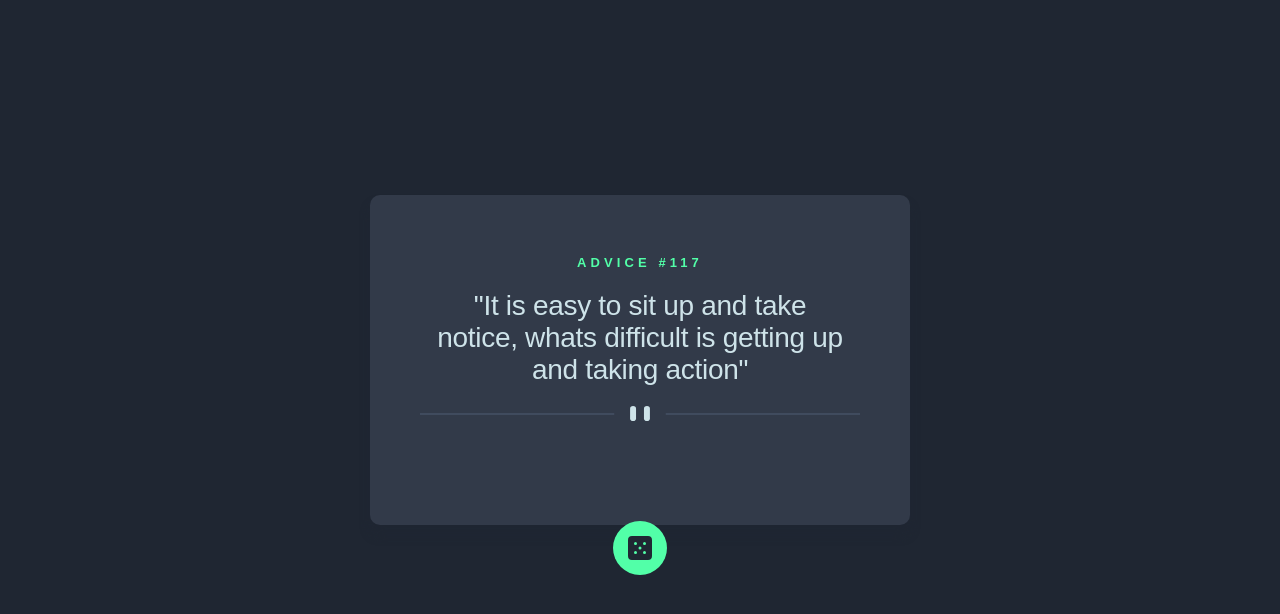
Repository: Arkitecth/advice-generator
Page: index.html
The author's editor kept a copy of each file at every save. The page is drawn from the files as they stood at one save, then again after the next save.
The browser window is 1280 px wide. The pictures show the whole page.

Above is the page before, as saved 2023-07-12 18:27:45.

After the next save:
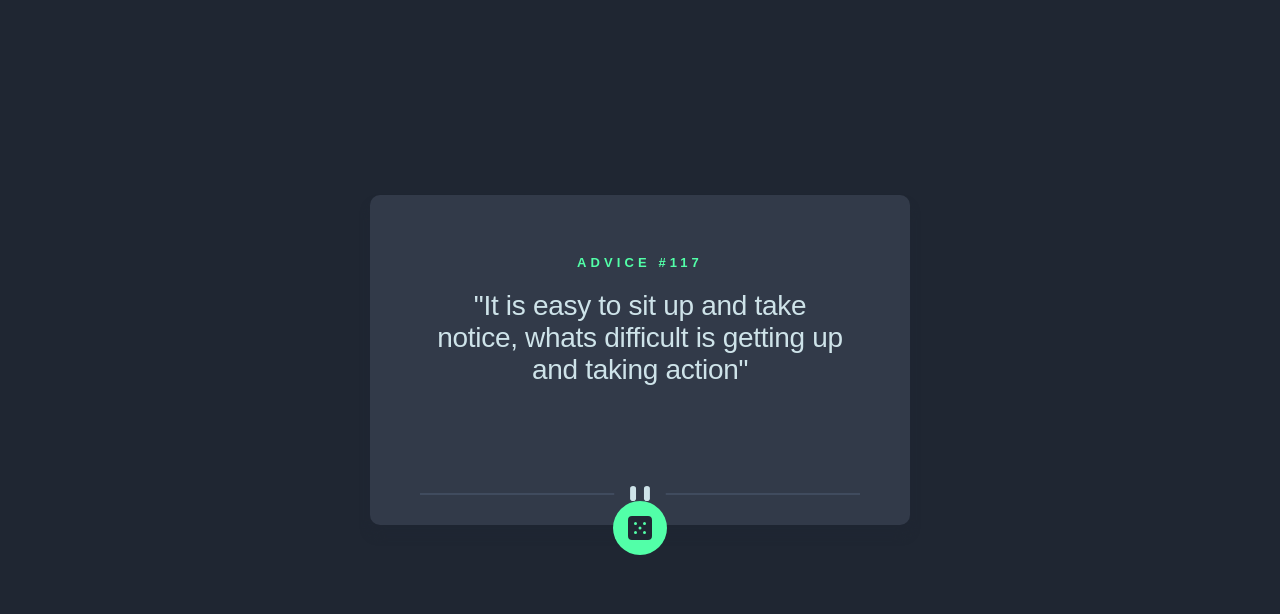
Saved 11 s later.
--- a/style.css
+++ b/style.css
@@ -56,11 +56,12 @@
 .pattern-divider {
     padding-top: 10px;
     width: 100%;
+    transform: translateY(80px);
 }
 
 .container div {
     display: flex;
-    transform: translateY(100px);
+    transform: translateY(80px);
     background-color: var(--neon-green);
     border-radius: 50%;
     justify-content: center;
